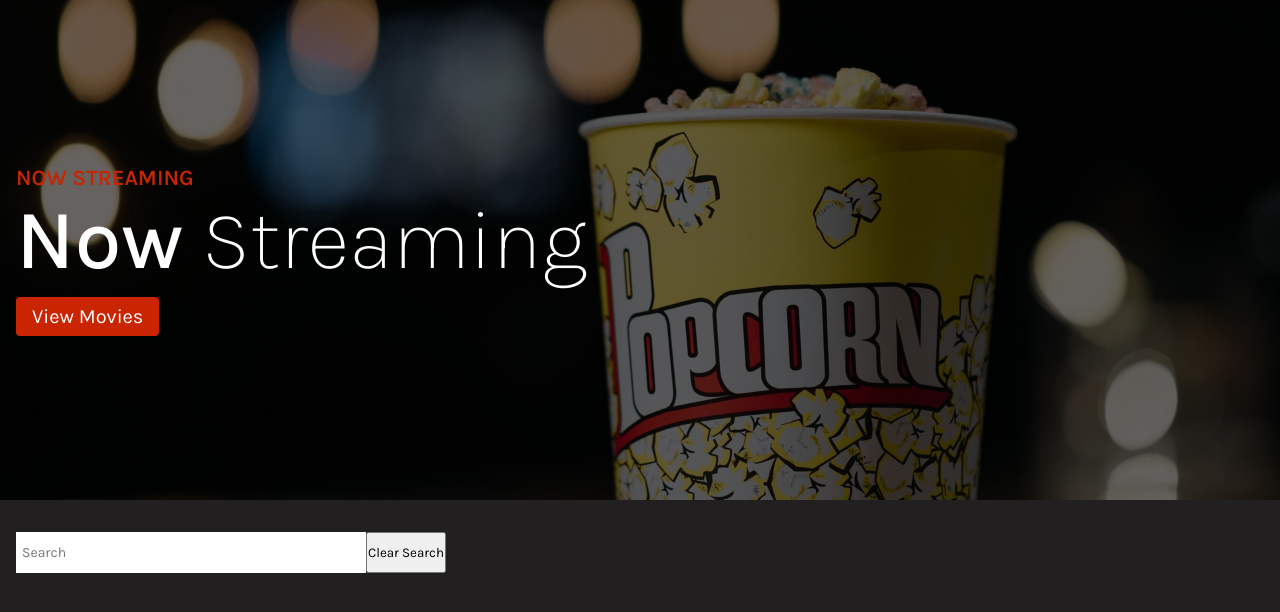
Repository: tomas938/films-overview
Page: /
An editor plug-in stored every save of this project. The page is shown before and after the next save, followed by the edit.
The browser window is 1280 px wide. The pictures show the whole page.
The page's requests for data from a server got no answer. The project was rebuilt for these pictures with package versions that can differ from the ones it lists, and the page was loaded fresh each time. The framework's server and built-in components were replaced by stand-ins that run in the browser. No one was signed in, and anything a server would have sent is missing. Also part of the build but not shown: nuxt.config.js, components/Loading.vue.

Above is the page before, as saved 2021-08-26 21:11:57.

After the next save:
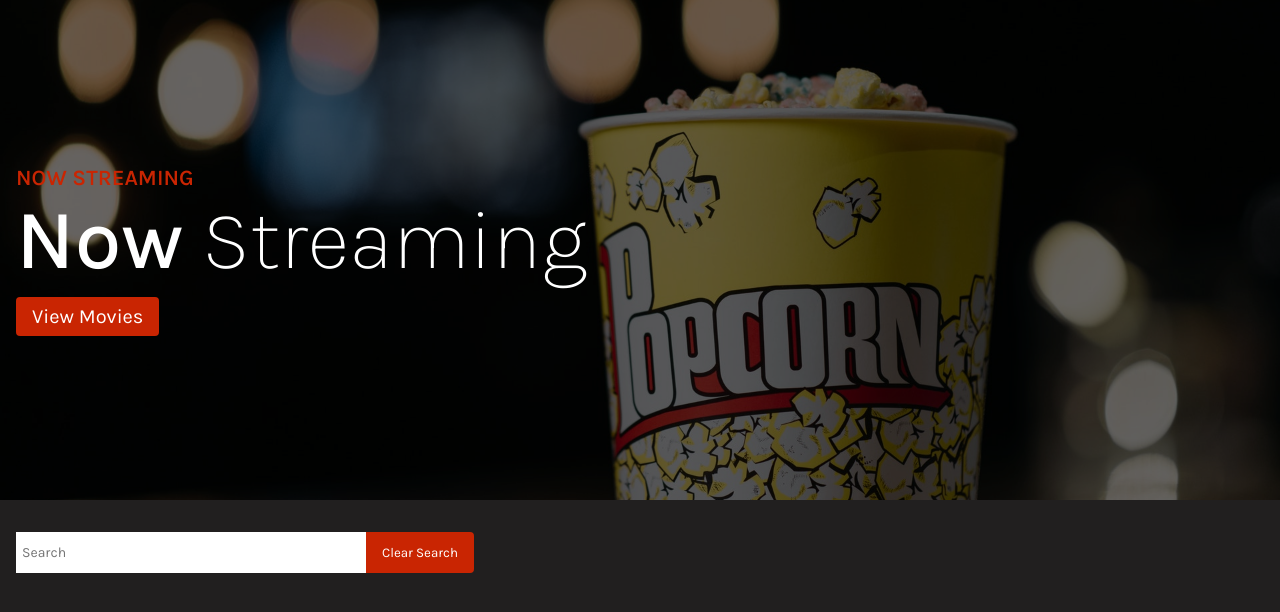
Saved 4 s later.
--- a/pages/index.vue
+++ b/pages/index.vue
@@ -3,7 +3,7 @@
     <Hero></Hero>
     <div class="container search">
       <input type="text" placeholder="Search" v-model.lazy="searchInput" />
-      <button>Clear Search</button>
+      <button class="button">Clear Search</button>
     </div>
     <div class="container movies">
       <div id="movie-grid" class="movies-grid">
